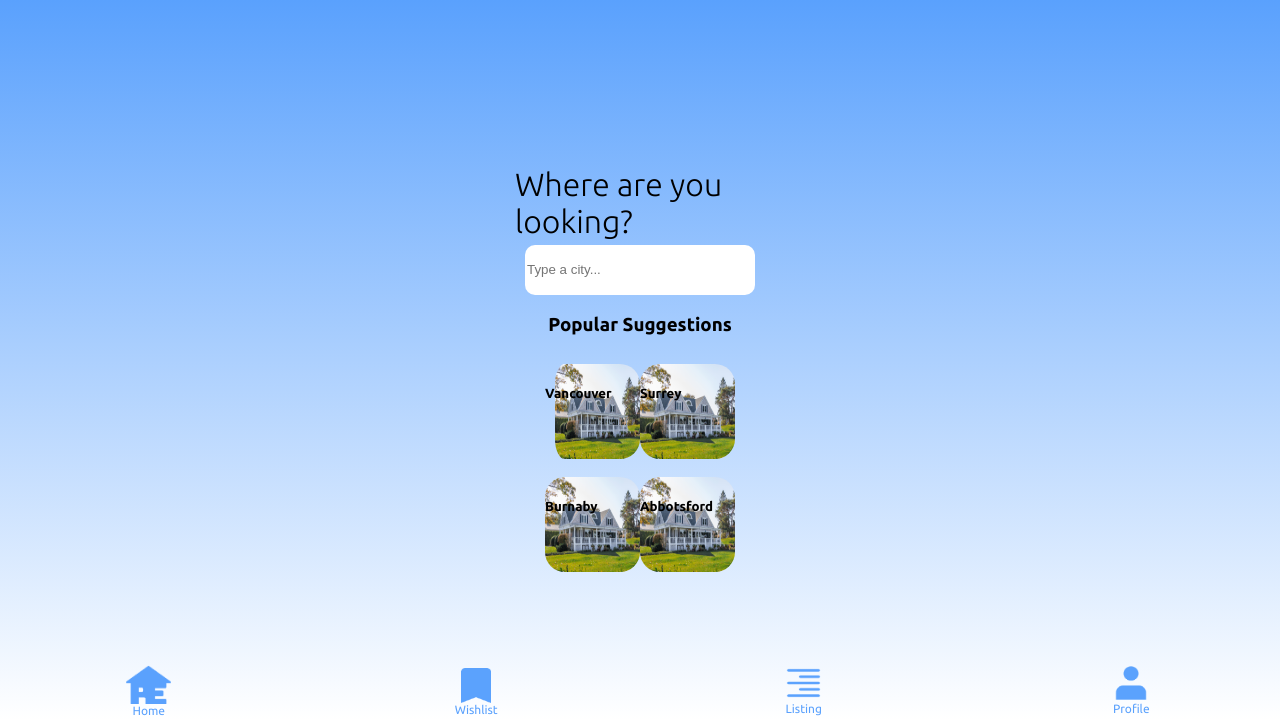
Repository: msyukurrr/realeasy
Page: /listing
The author's editor kept a copy of each file at every save. The page is drawn from the files as they stood at one save, then again after a run of saves.
The browser window is 1280 px wide. The pictures show the whole page.
The project was rebuilt for these pictures with package versions that can differ from the ones it lists, and the page was loaded fresh each time. The framework's server and built-in components were replaced by stand-ins that run in the browser. Also part of the build but not shown: next.config.js, components/Button.js.

Above is the page before, as saved 2023-01-27 20:39:14.

### pages/listing.js
import Heading from "../components/Heading";
import NavBar from "../components/NavBar";
import styles from "../styles/Home.module.css"
import MainButton from "../components/Button.js";
import styled from "styled-components";



export default function Listing({

}){
    return(
        <><div className={styles.listing}>

        <Heading headingtxt="Where are you looking?"/>

        <input placeholder="Type a city..." style={{width:230, height:50, borderRadius:10, backgroundColor:"white", border:'transparent'}}></input>

        <h3>Popular Suggestions</h3>

    <div>

        <div style={{display:'flex', flexDirection:'row', paddingTop:10, paddingBottom:15}}>
            <div>
                <h5 style={{display:'flex', position:'absolute'}}>Vancouver</h5>
                <img src="house.png" style={{width:95, height:95, borderRadius:20, paddingLeft:10}}/>

            </div>

            <div>
                <h5 style={{display:'flex', position:'absolute'}}>Surrey</h5>
                <img src="house.png" style={{width:95, height:95, borderRadius:20}}/>

            </div>
        </div>

        <div style={{display:'flex', flexDirection:'row'}}>
            <div>
                <h5 style={{display:'flex', position:'absolute'}}>Burnaby</h5>
                <img src="house.png" style={{width:95, height:95, borderRadius:20}}/>

            </div>

            <div>
                <h5 style={{display:'flex', position:'absolute'}}>Abbotsford</h5>
                <img src="house.png" style={{width:95, height:95, borderRadius:20}}/>

            </div>
        </div>

    </div>






        </div>
        <NavBar></NavBar>

        </>
    )
}

### styles/globals.css
@import url('https://fonts.googleapis.com/css2?family=Ubuntu:ital,wght@0,300;0,400;0,500;0,700;1,300;1,400;1,500;1,700&display=swap');

html,
body {
  padding: 0;
  margin: 0;
  font-family: "Ubuntu", sans-serif;
  background-color: #E6EEF8;
}

a {
  color: inherit;
  text-decoration: none;
}

* {
  box-sizing: border-box;
}

@media (prefers-color-scheme: dark) {
  html {
    color-scheme: dark;
  }
  body {
    color: white;
    background: E6EEF8;
  }
}

### components/Heading.js
import styled from "styled-components";

const Container = styled.div`
display: flex;
margin-left: 50px;
width: 300px;
height: 100px;

`

const Word = styled.h1`

color: ${props=>props.color};
font-weight: ${props=>props.fontweight};
`

export default function Heading({
    h1="Recommended by people around you",
    fw="300",
    color="#5AA1FD",
    headingtxt="Recommended by people around you"
}){
    return<>
    <Container>
    <Word fontweight={fw}
    >{headingtxt}</Word>
    </Container>
    </>
}

### components/NavBar.js
import styled from "styled-components";
import Link from "next/link";

const NavBarCont = styled.div`
position: fixed;
bottom: 0;
width: 100%;
`
const NavCont = styled.nav`
display: flex;
justify-content: space-around;
width: 100%;
background-color: transparent;
height: 60px;
`
const HomeCont = styled.div`
width: 50px;
height: 50px;
display:flex;
flex-direction: column;
justify-content: center;
align-items: center;
margin-top: ${props=>props.margintop};
`
const WishlistCont = styled.div`
width: 50px;
height: 50px;
display:flex;
flex-direction: column;
justify-content: center;
align-items: center;
margin-left: 30px;
margin-top: ${props=>props.margintop};
margin-bottom: ${props=>props.marginbottom};
`
const ListingCont = styled.div`
width: 50px;

display:flex;
flex-direction: column;
justify-content: center;
align-items: center;
margin-left: 30px;
margin-top: ${props=>props.margintop};
`
const ProfileCont = styled.div`
display:flex;
margin-left: 30px;
margin-top: ${props=>props.margintop};
`

const Icon = styled.img`
display: flex;
justify-content: center;
height: ${props=>props.height};
width: ${props=>props.width};
display: flex;
`

const NavList = styled.span`
display: flex;
align-self: center;
color: #5AA1FD;
font-size: 12px;
`


export default function NavBar({
    mt="5px",
    mb=""
}){
    return <NavBarCont>
    <NavCont>
        <Link href="/">
            <HomeCont margintop="6px">
                <Icon src='./logo.png' height="45px" width="45px"/>
                <NavList>Home</NavList>
            </HomeCont>
        </Link>
        <Link href="/wishlist">
            <WishlistCont margintop="7px">
                <Icon src='./wishlist.png' height="35px" width="30px"></Icon>
                <NavList>Wishlist</NavList>
            </WishlistCont>
        </Link>
        <Link href="/listing">
            <ListingCont margintop="4px">
                <Icon src='./listing.png' height="38px" width="45px"></Icon>
                <NavList>Listing</NavList>
            </ListingCont>
        </Link>
        <Link href="/profile">
            <ListingCont margintop="4px">
                <Icon src='./user.png' height="38px" width="40px"></Icon>
                <NavList>Profile</NavList>
            </ListingCont>
        </Link>
    </NavCont>
    </NavBarCont>
}

### styles/Home.module.css
.container {
  padding: 0 2rem;
}

.main {
  min-height: 100vh;
  padding: 4rem 0;
  flex: 1;
  display: flex;
  flex-direction: column;
  justify-content: center;
  align-items: center;
}


.listing {
  min-height: 100vh;
  padding: 4rem 0;
  flex: 1;
  display: flex;
  flex-direction: column;
  justify-content: center;
  align-items: center;
  background-image: linear-gradient(#5AA1FD, white);
}

.footer {
  display: flex;
  flex: 1;
  padding: 2rem 0;
  border-top: 1px solid #eaeaea;
  justify-content: center;
  align-items: center;
}

.footer a {
  display: flex;
  justify-content: center;
  align-items: center;
  flex-grow: 1;
}

.title a {
  color: #0070f3;
  text-decoration: none;
}

.title a:hover,
.title a:focus,
.title a:active {
  text-decoration: underline;
}

.title {
  margin: 0;
  line-height: 1.15;
  font-size: 4rem;
}

.title,
.description {
  text-align: center;
}

.description {
  margin: 4rem 0;
  line-height: 1.5;
  font-size: 1.5rem;
}

.code {
  background: #fafafa;
  border-radius: 5px;
  padding: 0.75rem;
  font-size: 1.1rem;
  font-family: Menlo, Monaco, Lucida Console, Liberation Mono, DejaVu Sans Mono,
    Bitstream Vera Sans Mono, Courier New, monospace;
}

.grid {
  display: flex;
  align-items: center;
  justify-content: center;
  flex-wrap: wrap;
  max-width: 800px;
}

.card {
  margin: 1rem;
  padding: 1.5rem;
  text-align: left;
  color: inherit;
  text-decoration: none;
  border: 1px solid #eaeaea;
  border-radius: 10px;
  transition: color 0.15s ease, border-color 0.15s ease;
  max-width: 300px;
}

.card:hover,
.card:focus,
.card:active {
  color: #0070f3;
  border-color: #0070f3;
}

.card h2 {
  margin: 0 0 1rem 0;
  font-size: 1.5rem;
}

.card p {
  margin: 0;
  font-size: 1.25rem;
  line-height: 1.5;
}

.logo {
  height: 1em;
  margin-left: 0.5rem;
}

@media (max-width: 600px) {
  .grid {
    width: 100%;
    flex-direction: column;
  }
}

@media (prefers-color-scheme: dark) {
  .card,
  .footer {
    border-color: #222;
  }
  .code {
    background: #111;
  }
  .logo img {
    filter: invert(1);
  }
}

Loaded but not shown: pages/_app.js (common file)

After the next 2 saves:
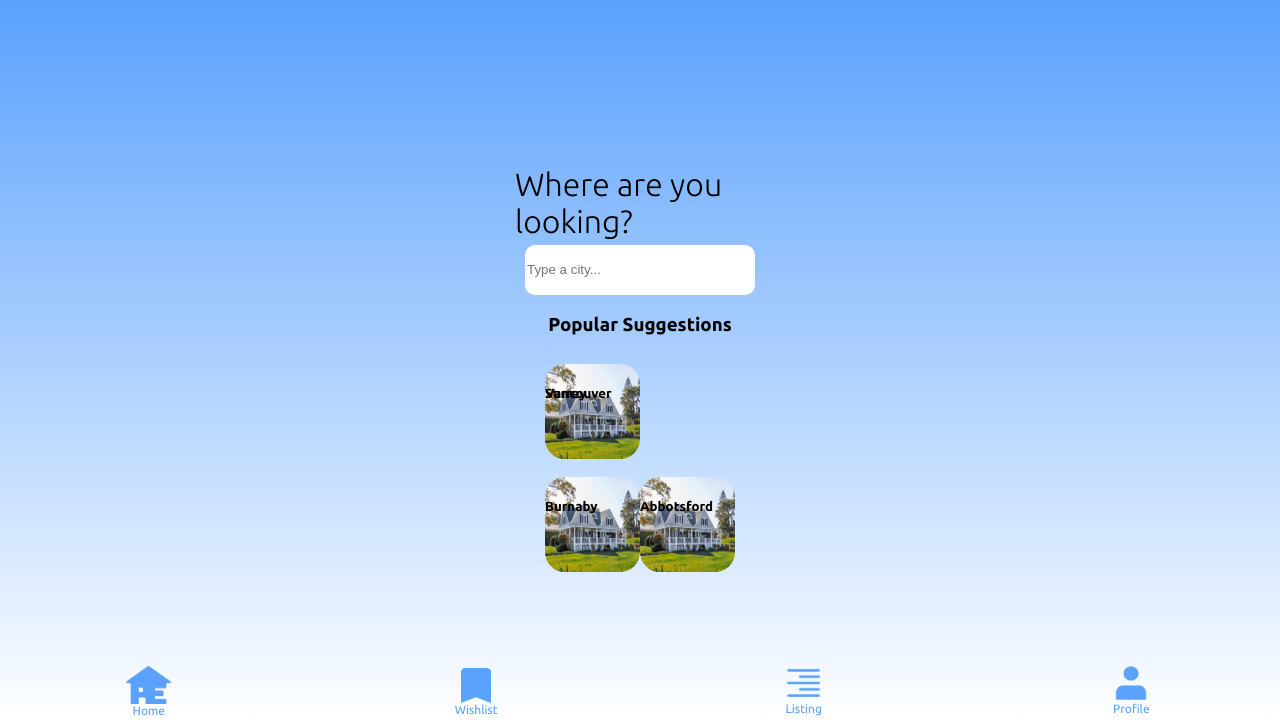
The 2 saves are shown as one change because they came seconds apart.
The last was saved 9 s later.
--- a/pages/listing.js
+++ b/pages/listing.js
@@ -23,7 +23,6 @@ export default function Listing({
         <div style={{display:'flex', flexDirection:'row', paddingTop:10, paddingBottom:15}}>
             <div>
                 <h5 style={{display:'flex', position:'absolute'}}>Vancouver</h5>
-                <img src="house.png" style={{width:95, height:95, borderRadius:20, paddingLeft:10}}/>
 
             </div>
 
